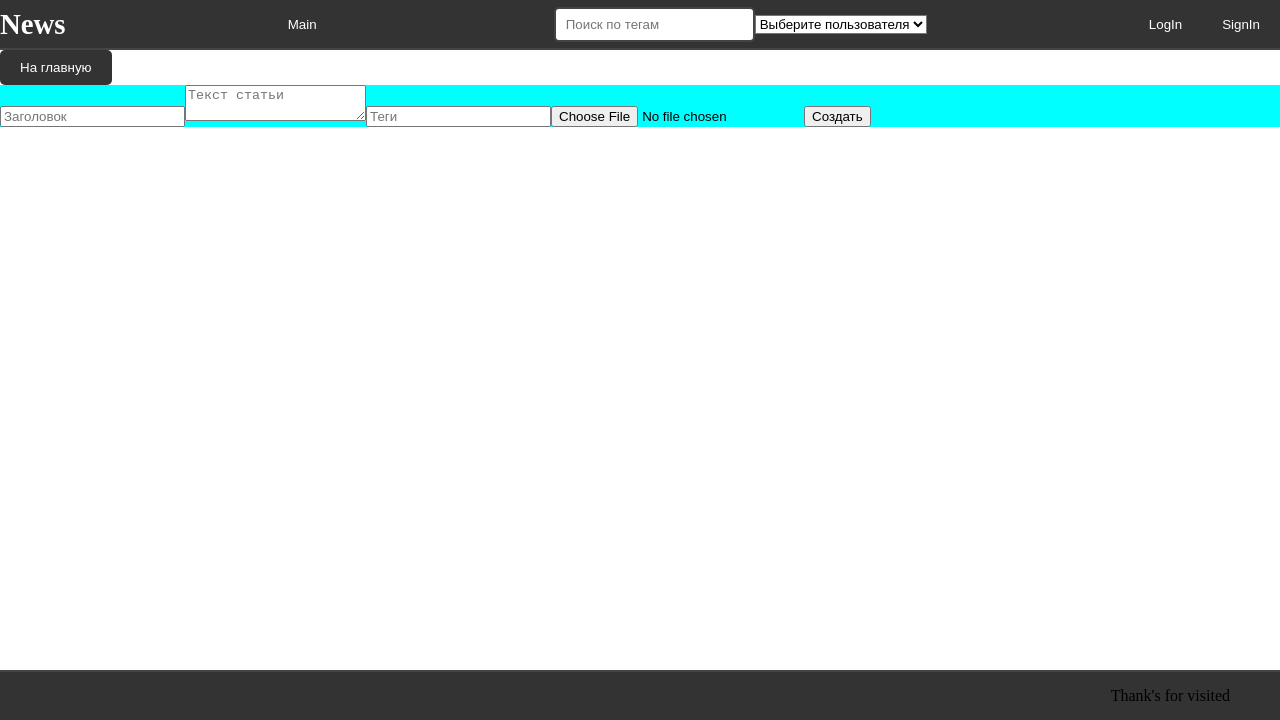
Repository: Igor-Blazhko/news_frontend
Page: /CreatePost
These files come from the project's save history. The page is drawn as it stood at one moment and after the next save; the edit follows.
The browser window is 1280 px wide. The pictures show the whole page.
The project was rebuilt for these pictures with package versions that can differ from the ones it lists, and the page was loaded fresh each time. Also part of the build but not shown: vite.config.ts, src/components/allPost/onePost/onePost.module.css, src/components/allPost/onePost/onePost.tsx, src/components/allPost/allPost.tsx, src/components/auth/logIn/login.module.css, src/components/auth/logIn/login.tsx, src/components/auth/register/register.tsx, src/components/pageOnePost/comments/comment.tsx and 2 more.

Above is the page before, as saved 2024-07-15 15:43:51.

### src/App.tsx
import Header from './components/header/header'
import AllPost from './components/allPost/allPost'
import Footer from './components/footer/footer'
import LogIn from './components/auth/logIn/login'
import { Page } from './types'
import SignIn from './components/auth/register/register'
import { BrowserRouter, Route, Routes } from 'react-router-dom'
import OnePost from './components/pageOnePost/OnePost'
import { Provider } from 'react-redux'
import { store } from './store'
import { QueryClient, QueryClientProvider } from '@tanstack/react-query'
import CreatePost  from './components/createPost/createPost'



const queryClient = new QueryClient();

function App() {

  return (
    <Provider store={store}>
      <QueryClientProvider client={queryClient}>
        <BrowserRouter>
        <Header></Header>
          <Routes>
            <Route path="*" element ={ <AllPost/> }/>
            <Route path={Page.LogIn} element ={ <LogIn/> }/>
            <Route path={Page.SignIn} element ={ <SignIn/> }/>
            <Route path={Page.CreatePost} element ={ <CreatePost/> }/>
            <Route path={Page.OnePost+'/:id'} element ={ <OnePost/> }/>
          </Routes>
        <Footer></Footer>
        </BrowserRouter>
      </QueryClientProvider>
    </Provider>
  )
}

export default App

### src/index.css
body{
  margin: 0;
  padding: 0;
  width: 100vw;
  min-height: 100vh;
  overflow-x: hidden;
}

main{
  min-height: calc(100vh - 100px);
}

### src/components/header/header.tsx

import { Link } from 'react-router-dom';
import Button from '../simplyComponents/button/button';
import styles from './header.module.css'
import ButtonAuth  from './buttonAuth/buttonAuth';
import Filter from './filter/filter';


export default function Header() {
        return (
        <header className={styles.header}>
            <div className={styles.logo}>
                News
            </div>
            <nav>
                <Link to="">
                    <Button>Main</Button>
                </Link>
            </nav>
            <Filter/>
            <ButtonAuth/>
        </header>
    )
}

### src/components/footer/footer.tsx
import { Link } from 'react-router-dom'
import styles from './footer.module.css'
import { Page } from '../../types'
import Button from '../simplyComponents/button/button'
import { useSelector } from 'react-redux'
import { States } from '../../store'

export default function Footer(){
    const JWT = useSelector( (state:States) => state.JWT)
    return(
        <footer className={styles.footer}>
            {
            JWT &&
            <Link to={'/'+Page.CreatePost}>
                <Button>Создать пост</Button>
            </Link>
            }

            <div className={styles.text}>Thank's for visited</div>
        </footer>
    )
}

### src/types.ts
export const enum Page {
    LogIn = 'LogIn',
    SignIn = 'SignIn',
    AllPost = 'AllPost',
    OnePost = 'OnePost',
    CreatePost = 'CreatePost',
}

export class ObjectToken {
    private readonly access_token:string;
    constructor(access_token:string){
        this.access_token = access_token;
    }
}

export class HTTPExeption{
    private readonly response:string;
    private readonly status:number;
    private readonly message:string;
    private readonly name:string;
    constructor(response:string, status:number, message:string, name:string){
        this.response = response;
        this.status = status;
        this.message = message;
        this.name = name;
    }
}

### src/store.ts
import { createStore } from '@reduxjs/toolkit'
import cooks from './basefunction';

export interface States{
  tagfilter: string[],
  userfilter: number,
  JWT:string|undefined,
  location: string,
}

const defaultState:States = {
  tagfilter: [],
  userfilter: 0,
  JWT: cooks.getJWT(),
  location: '*',
}

type Action = {
  type:string,
  buffer?:string,
  userId?:number,
  JWT?:string,
}
const reducer = (state = defaultState, action:Action) => {
  switch (action.type){
    case 'Filter':
      if (( 'buffer' in action) && (action.buffer !== undefined)) {
        const arr = action.buffer.split(' ');
        state = {...state,
          tagfilter: arr,
        }
      }
      return state;
    case 'setUserFilter':
      if (( 'userId' in action) && (action.userId !== undefined)) {
        state = {...state,
          userfilter: action.userId,
        }
      }
      return state
    case 'SetJWT':
      if ( ('JWT' in action) && (action.JWT !== undefined) ){
        state = {...state,
          JWT: action.JWT,
        }
        cooks.LogIn(action.JWT)
      // document.cookie = `JWT_token=${action.JWT}`
      }
      return state;
    case 'DelJwt':
      state = {
        ...state,
        JWT:'',
      }
      cooks.LogOut()
      return state;
    case 'setLocation':
      state = {
        ...state,
        location: location.pathname,
      }
      return state;
    case 'dropLocation':
      state = {
        ...state,
        location: '*',
      }
      return state;
    default:
      return state;
  }
}

export const store = createStore(reducer)

### src/components/createPost/createPost.tsx
import { Link } from "react-router-dom";
import { Page } from "../../types";
import Button from "../simplyComponents/button/button";
import SERVER from "../../dataServer";
import styles from "./createPost.module.css"

export default function CreatePost(){

    return (
        <main>
            <Link to={'/'}>
                <Button>На главную</Button>
            </Link>
            <div>
                <form action={SERVER.POST.News.create} method="post" className={styles.form}>
                    <input type="text" name="article" maxLength={254} placeholder="Заголовок"/>
                    <textarea name="text" placeholder="Текст статьи"/>
                    <input type="text" name="Tags" placeholder="Теги" />
                    <input type="file" />
                    <button type="submit">Создать</button>
                </form>
            </div>
        </main>

    )
}

### src/components/simplyComponents/button/button.tsx
import { MouseEventHandler, ReactNode } from 'react'
import styles from './button.module.css'
type Button = {
    text?:string,
    children?:ReactNode
    onClick?:MouseEventHandler<HTMLButtonElement>
}

export default function Button(props:Button){

    return(
        <button className={styles.button} onClick={props.onClick}>{props.children}</button>
    )
}

### src/components/header/header.module.css
header {
    background-color: #333;
    display: flex;
    justify-content: space-between;
    align-items: center;
    border-bottom: 2px solid #444;
    box-sizing: border-box;
    min-height: 50px;
}

.logo {
    font-size: 1.8em;
    font-weight: bold;
    color: #fff;
}



  .filter {
    display: flex;
    align-items: center;
  }

  .filter input,
  .filterselect {
    padding: 8px 10px;
    margin-left: 15px;
    border: 2px solid #444;
    border-radius: 5px;
    transition: border-color 0.3s ease;
  }

  .filter input:focus,
  .filter select:focus {
    border-color: #888;
  }

  .filter select {
    background-color: #fff;
}

### src/components/header/buttonAuth/buttonAuth.tsx
import { useDispatch, useSelector } from "react-redux"
import { States } from "../../../store"
import cooks from "../../../basefunction";
import Button from "../../simplyComponents/button/button";
import { Link } from "react-router-dom";
import { Page } from "../../../types";

export default function ButtonAuth(){

    const JWT = useSelector( (state:States) => state.JWT);
    const dispatch = useDispatch();

    function LogOut(){
        dispatch({
            type: 'DelJwt',
        })
    }

    return (
        <>
            {
                JWT?
                <div className="auth">
                    <Button onClick={LogOut}>LogOut</Button>
                </div>
                :
                <div className="auth">
                    <Link to={Page.LogIn}>
                        <Button>LogIn</Button>
                    </Link>
                    <Link to={Page.SignIn}>
                        <Button>SignIn</Button>
                    </Link>
                </div>
                }
        </>
    )
}

### src/components/header/filter/filter.tsx

import { useEffect, useState } from 'react'
import { User } from '../../pageOnePost/types/types'
import styles from '../header.module.css'
import { useDispatch } from 'react-redux'

export default function Filter(){
    const [users, setUsers] = useState([ {
        id: 1,
        name: 'igor',
        sername: 'Blazhko',
        login: 'user1',
    }])
    const [change, setChange] = useState(false)
    const dispatch = useDispatch()

    useEffect(() => {
        const users = [
            {
                id: 1,
                name: 'igor',
                sername: 'Blazhko',
                login: 'user1',
            },
            {
                id: 2,
                name: 'igor',
                sername: 'Tokin',
                login: 'user2',
            },
            {
                id: 3,
                name: 'igor',
                sername: 'Lankin',
                login: 'user3',
            },
        ];
        setUsers(users);
        // setLog(JWT)
    },[])

    function changeFilter(event:React.ChangeEvent<HTMLInputElement>){
        dispatch({
            type:'Filter',
            buffer: event.target.value,
        })
    }

    function changeUser(event) {
        dispatch({
            type:'setUserFilter',
            userId: +event.target.value,
        })
        if ( +event.target.value ) setChange(true)
        else setChange(false)
    }

    return (
            <div className={styles.filter}>
                <input type="text" placeholder="Поиск по тегам" onChange={changeFilter}/>
                <select onChange={changeUser} defaultValue="option0">
                    <option value="0">
                        { change? 'Cбросить фильтрацию': 'Выберите пользователя'}
                    </option>
                    {
                        users.map((user:User)=> <option key = {user.id} value={user.id}>{user.name} {user.sername}</option>)
                    }
                </select>
            </div>
    )
}

### src/components/allPost/allPost.module.css

main {
    display: flex;
    flex-direction: column;
    row-gap: 25px;
  }

### src/dataServer.ts


const SERVER = {
    base: 'http://192.168.3.37:5000/',
    POST: {
        register: 'http://127.0.0.1:5000/auth/registration',
        login: 'http://127.0.0.1:5000/auth/login',
        comments: {
            createCom: 'http://127.0.0.1:5000/comments',
        },
        News: {
            create: 'http://127.0.0.1:5000/news',
        }
    },
    GET: {
        allNews: 'http://127.0.0.1:5000/news',
        oneNews: 'http://127.0.0.1:5000/news?id=',
        getAllCommentByPostId: 'http://127.0.0.1:5000/comments?id=',
    }
}
export default SERVER;

### src/components/footer/footer.module.css
footer {
    width: 100vw;
    background-color: #333;
    min-height: 50px;
    border-top: 2px solid #444;
    display: flex;
    justify-content: flex-end;
    align-items: center;
    box-sizing: border-box;
}

.text{
    margin-right: 50px;
}

### src/components/pageOnePost/OnePost.module.css
main{
  display: block;
}
.post_content_full {
    display: flex;
    flex-direction: column;
    align-items: center;
    text-align: center;
    animation: slideIn 0.5s ease-in-out;
  }

  .post_image {
    width: 150px;
    height: 150px;
    margin-bottom: 20px;
  }

  .post_title_full {
    font-size: 2em;
    margin-bottom: 20px;
  }

  .post_text_full {
    font-size: 1.2em;
    margin-bottom: 40px;
  }

  .comments {
    background-color: #fff;
    padding: 20px;
    border: 1px solid #ccc;
    border-radius: 10px;
    margin-top: 20px;
  }



  .comments h3 {
    font-size: 1.5em;
    margin-bottom: 10px;
  }

  .comment {
    margin-bottom: 10px;
    padding: 10px;
    border: 1px solid #ccc;
    border-radius: 5px;
    background-color: #fafafa;
  }

  .comment p {
    font-size: 1.2em;
  }

  .comment_form {
    margin-top: 20px;
  }

  .comment_form textarea {
    width: 100%;
    padding: 10px;
    margin-bottom: 10px;
    border: 1px solid #ccc;
    border-radius: 5px;
    resize: vertical;
    transition: border-color 0.3s ease;
  }

  .comment_form textarea:focus {
    border-color: #888;
  }

  .comment_form button {
    padding: 10px;
    border: none;
    border-radius: 5px;
    background-color: #333;
    color: #fff;
    cursor: pointer;
    transition: background-color 0.3s ease, transform 0.3s ease;
  }

  .comment_form button:hover {
    background-color: #444;
    transform: translateY(-3px);
  }

### src/basefunction.ts
import { useDispatch } from "react-redux";

class Cookie {
    getCookie(name:string) {
        let matches = document.cookie.match(new RegExp(
          "(?:^|; )" + name.replace(/([\.$?*|{}\(\)\[\]\\\/\+^])/g, '\\$1') + "=([^;]*)"
        ));
        return matches ? decodeURIComponent(matches[1]) : undefined;
    }

    setCookie(name:string, value:string, options = {}) {

        options = {
          path: '/',
          // при необходимости добавьте другие значения по умолчанию
          ...options
        };

        if (options.expires instanceof Date) {
          options.expires = options.expires.toUTCString();
        }

        let updatedCookie = encodeURIComponent(name) + "=" + encodeURIComponent(value);

        for (let optionKey in options) {
          updatedCookie += "; " + optionKey;
          let optionValue = options[optionKey];
          if (optionValue !== true) {
            updatedCookie += "=" + optionValue;
          }
        }

        document.cookie = updatedCookie;
    }

    deleteCookie(name:string) {
        this.setCookie(name, "", {
          'max-age': -1
        })
    }

    getJWT(){
        return this.getCookie('JWT_token')
    }

    LogIn(token:string){
        this.setCookie('JWT_token', token, {
            'max-age': 3600
          } )
    }

    LogOut(){
        this.setCookie('JWT_token', '', {
            'max-age': 3600
          } )
    }
}
const cooks = new Cookie()
export default cooks

### src/components/createPost/createPost.module.css
.form {
    background-color: aqua;
    width: 100%;
    height: 100%;
}

### src/components/simplyComponents/button/button.module.css
.button {
    padding: 10px 20px;
    background-color: #333;
    color: #fff;
    border: none;
    border-radius: 5px;
    cursor: pointer;
    transition: background-color 0.3s ease, transform 0.3s ease;
    text-decoration: none;
}

.button:hover {
    background-color: #444;
    transform: translateY(-3px);
}

Loaded but not shown: index.html (common file); src/main.tsx (common file)

After the next save:
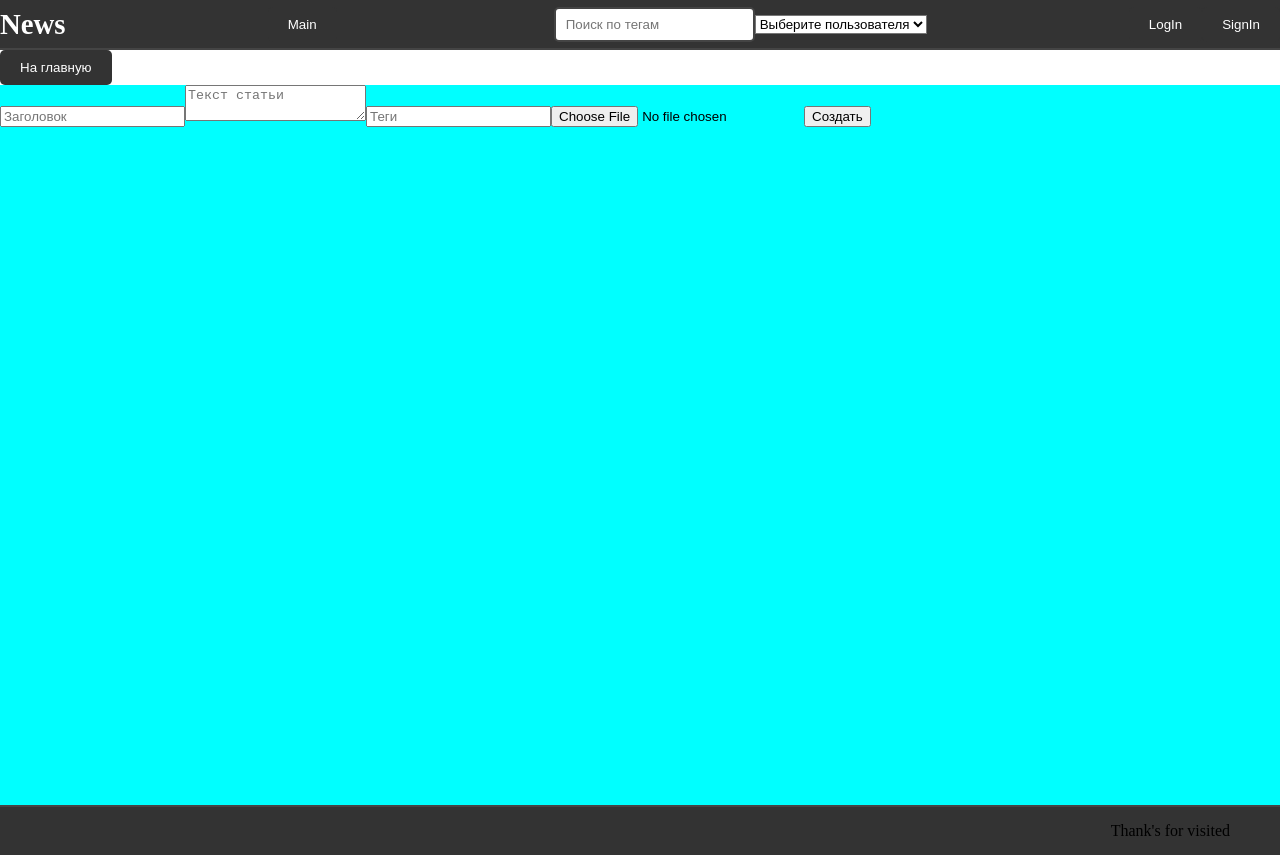
Saved 12 s later.
--- a/src/components/createPost/createPost.module.css
+++ b/src/components/createPost/createPost.module.css
@@ -1,5 +1,5 @@
 .form {
     background-color: aqua;
     width: 100%;
-    height: 100%;
+    height: calc(100vh);
 }
